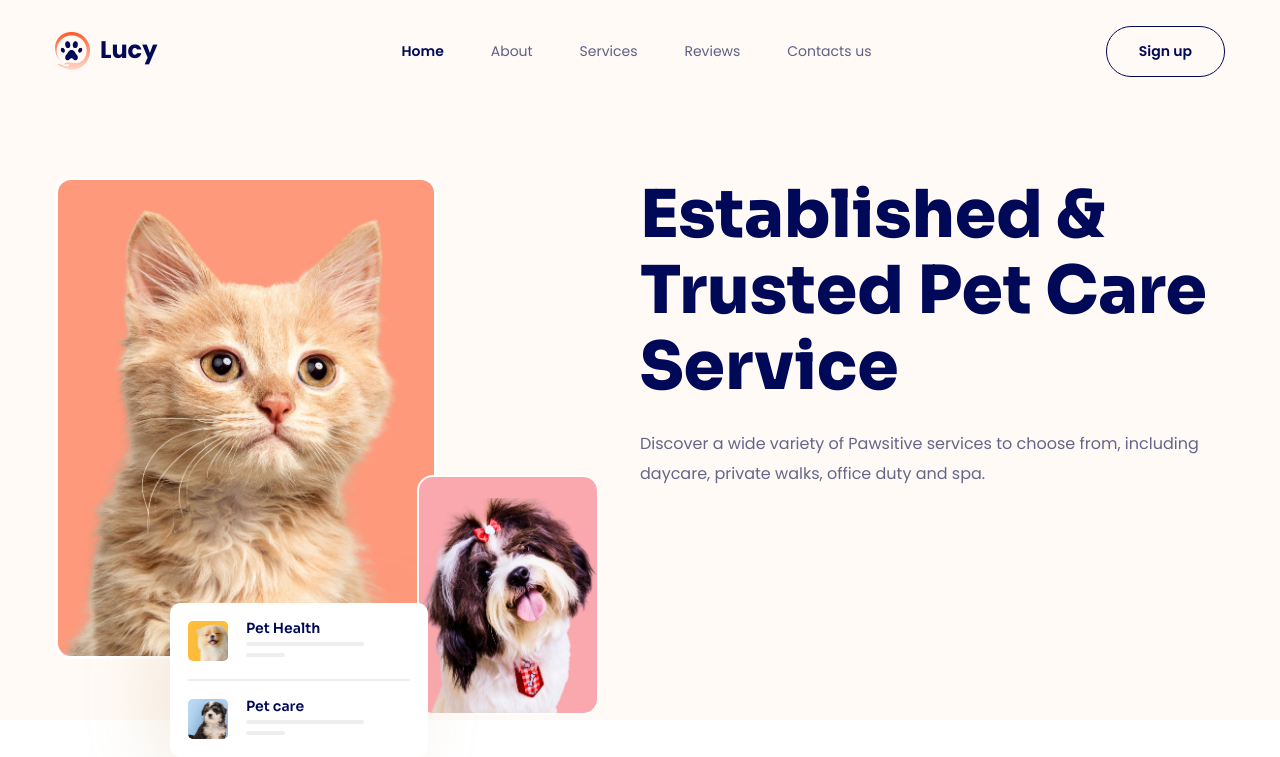
Repository: Cuongquaidan/F8projeact-04
Page: index.html
The author's editor kept a copy of each file at every save. The page is drawn from the files as they stood at one save, then again after the next save.
The browser window is 1280 px wide. The pictures show the whole page.

Above is the page before, as saved 2023-04-15 09:50:27.

After the next save:
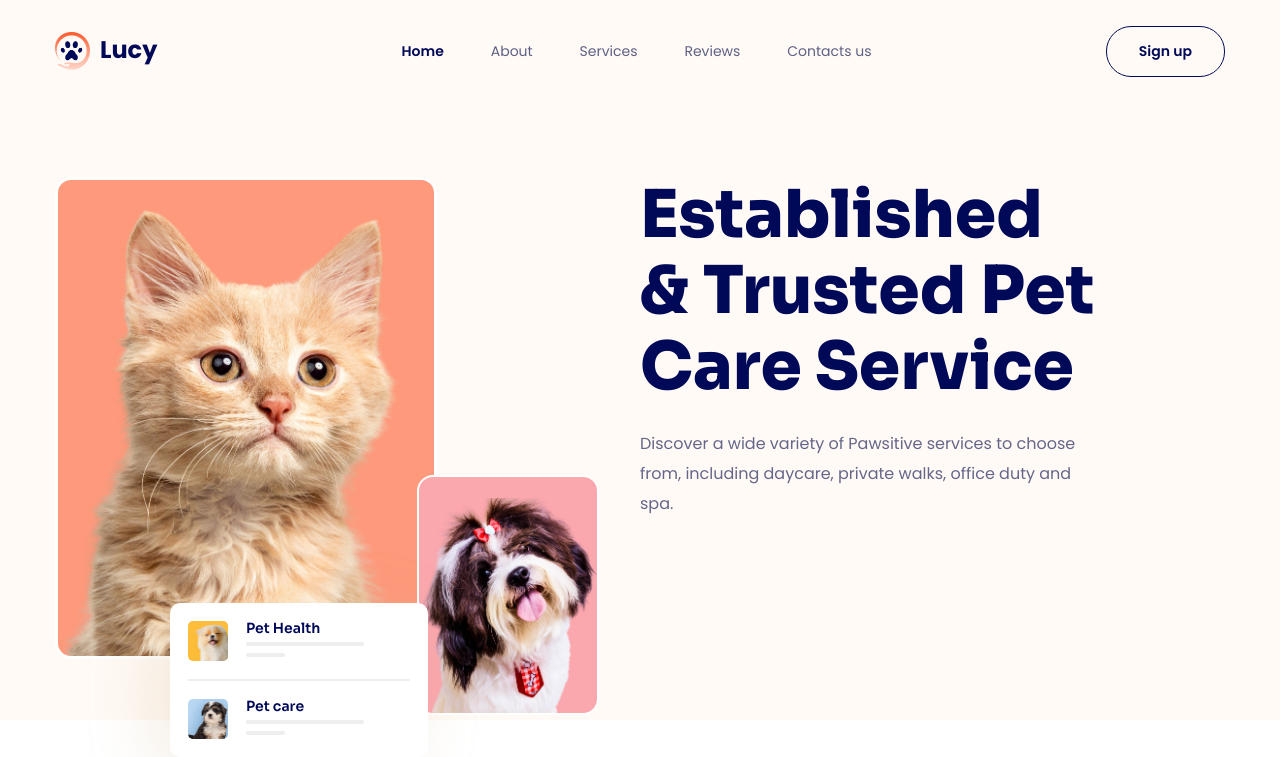
Saved 3 min 37 s later.
--- a/asset/css/styles.css
+++ b/asset/css/styles.css
@@ -221,6 +221,9 @@ a {
     width: 39px;
     height: 4px;
 }
+.hero__contents {
+    padding-right: 120px;
+}
 .hero__contents-title {
     font-size: 6.6rem;
     line-height: 76px;
